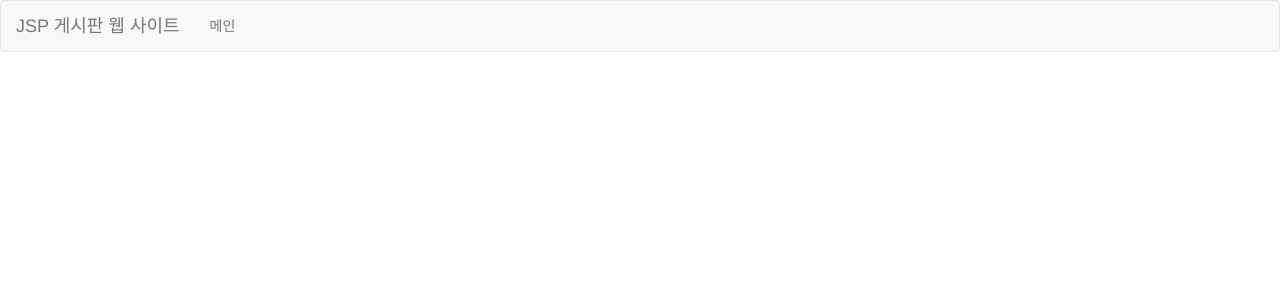
Repository: SongJeongHyo/Spring_Study
Page: http://localhost/BBS/login.jsp
These files come from the project's save history. The page is drawn as it stood at one moment and after the next save; the edit follows.
The browser window is 1280 px wide. The pictures show the whole page.
Some web libraries are served in a nearby version. The page is served by Tomcat 9.

Above is the page before, as saved 2022-04-27 08:27:05.

After the next save:
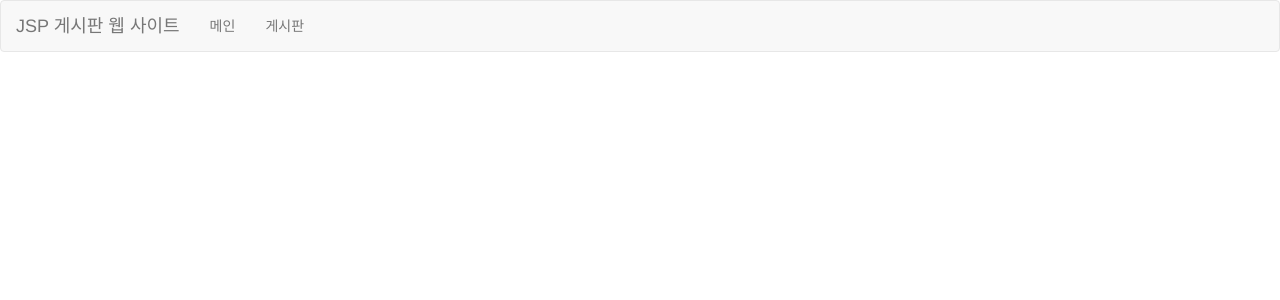
Saved 31 s later.
--- a/project/BBS/src/main/webapp/login.jsp
+++ b/project/BBS/src/main/webapp/login.jsp
@@ -22,7 +22,8 @@
 		</div>
 		<div class="collapse navbar-collapse" id="bs-example-navbar-collapse-1">
 			<ul class="nav navbar-nav">
-				<li><a href="main.jsp">메인</a>
+				<li><a href="main.jsp">메인</a></li>
+				<li><a href="bbs.jsp">게시판</a></li>
 			</ul>
 		</div>
 	</nav>
